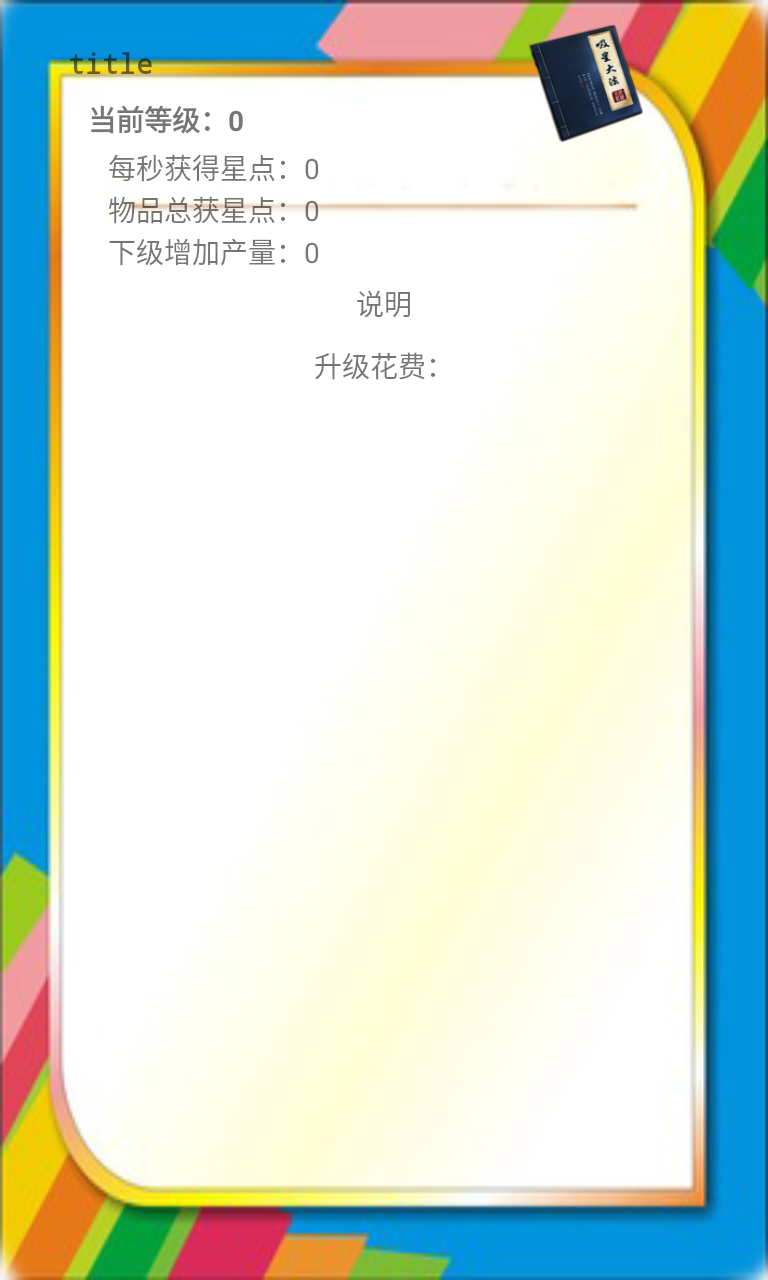
Repository: xianyun2014/StarPoint
Layout: game/res/layout/build_info_view.xml
The author's editor kept a copy of each file at every save. The layout is drawn from the files as they stood at one save, then again after the next save.
It is drawn on a 768 x 1280 px phone screen (xhdpi) without system bars, with theme AppTheme; the app's code is not run.

Above is the layout before, as saved 2014-11-17 17:14:14.

### game/res/layout/build_info_view.xml
<RelativeLayout xmlns:android="http://schemas.android.com/apk/res/android"
    xmlns:android1="http://schemas.android.com/apk/res/android"
    android1:id="@+id/build_info"
    android1:layout_width="wrap_content"
    android1:layout_height="wrap_content"
    android1:layout_alignParentLeft="true"
    android1:layout_alignParentTop="true"
    android1:layout_alignParentBottom="true"
    android1:layout_alignParentRight="true"
    android1:layout_marginTop="60dp"
    android1:layout_marginRight="10dp"
    android1:layout_marginLeft="10dp"
    android1:layout_marginBottom="150dp">

    <ImageView
        android1:id="@+id/imageView1"
        android1:layout_width="fill_parent"
        android1:layout_height="fill_parent"
        android1:layout_alignParentBottom="true"
        android1:layout_alignParentLeft="true"
        android1:layout_alignParentTop="true"
        android1:scaleType="fitXY"
        android1:src="@drawable/info_build" />

    <TextView
        android1:id="@+id/build_title"
        android1:layout_width="wrap_content"
        android1:layout_height="wrap_content"
        android1:layout_alignParentLeft="true"
        android1:layout_alignParentTop="true"
        android1:layout_below="@layout/build_info_view"
        android1:layout_marginLeft="34dp"
        android1:layout_marginTop="22dp"
        android1:text="title"
        android1:textStyle="bold"
        android1:typeface="monospace" />

    <TableLayout
        android1:id="@+id/TableLayout1"
        android1:layout_width="wrap_content"
        android1:layout_height="wrap_content"
        android1:layout_alignLeft="@+id/build_title"
        android1:layout_below="@+id/textcurlevel"
        android1:layout_marginLeft="20dp"
        android1:layout_marginTop="3dp" >

        <TableRow
            android1:id="@+id/tableRow1"
            android1:layout_width="wrap_content"
            android1:layout_height="wrap_content" >

            <TextView
                android1:id="@+id/textView1"
                android1:layout_width="wrap_content"
                android1:layout_height="wrap_content"
                android1:text="每秒获得星点：" />

            <TextView
                android1:id="@+id/txt_yield_sec"
                android1:layout_width="wrap_content"
                android1:layout_height="wrap_content"
                android1:text="0" />

        </TableRow>

        <TableRow
            android1:id="@+id/tableRow2"
            android1:layout_width="wrap_content"
            android1:layout_height="wrap_content" >

            <TextView
                android1:id="@+id/textView3"
                android1:layout_width="wrap_content"
                android1:layout_height="wrap_content"
                android1:text="物品总获星点：" />

            <TextView
                android1:id="@+id/txt_yield_total"
                android1:layout_width="wrap_content"
                android1:layout_height="wrap_content"
                android1:text="0" />

        </TableRow>

        <TableRow
            android1:id="@+id/tableRow3"
            android1:layout_width="wrap_content"
            android1:layout_height="wrap_content" >

            <TextView
                android1:id="@+id/textView5"
                android1:layout_width="wrap_content"
                android1:layout_height="wrap_content"
                android1:text="下级增加产量：" />

            <TextView
                android1:id="@+id/txt_next_add"
                android1:layout_width="wrap_content"
                android1:layout_height="wrap_content"
                android1:text="0" />
        </TableRow>
    </TableLayout>

    <TextView
        android1:id="@+id/textcurlevel"
        android1:layout_width="wrap_content"
        android1:layout_height="wrap_content"
        android1:layout_alignLeft="@id/build_title"
        android1:layout_below="@+id/build_title"
        android1:layout_marginLeft="10dp"
        android1:layout_marginTop="8dp"
        android1:text="当前等级："
        android1:textStyle="bold" />

    <TextView
        android1:id="@+id/txt_Level"
        android1:layout_width="wrap_content"
        android1:layout_height="wrap_content"
        android1:layout_alignBaseline="@+id/textcurlevel"
        android1:layout_alignBottom="@+id/textcurlevel"
        android1:layout_toRightOf="@+id/textcurlevel"
        android1:text="0"
        android1:textStyle="bold" />

    <TextView
        android1:id="@+id/txt_info"
        android1:layout_width="wrap_content"
        android1:layout_height="wrap_content"
        android1:layout_below="@+id/TableLayout1"
        android1:layout_centerHorizontal="true"
        android1:layout_marginTop="5dp"
        android1:text="说明" />

    <ImageView
        android1:id="@+id/imageView2"
        android1:layout_width="60dp"
        android1:layout_height="60dp"
        android1:layout_alignRight="@+id/imageView1"
        android1:layout_alignTop="@+id/imageView1"
        android1:layout_marginRight="61dp"
        android1:layout_marginTop="11dp"
        android1:scaleType="fitXY"
        android1:src="@drawable/jz_xzdf" />

    <TextView
        android1:id="@+id/txt_cost"
        android1:layout_width="wrap_content"
        android1:layout_height="wrap_content"
        android1:layout_below="@+id/txt_info"
        android1:layout_centerHorizontal="true"
        android1:layout_marginTop="10dp"
        android1:text="升级花费：" />

</RelativeLayout>

Loaded but not shown: game/res/values/styles.xml (common file); game/res/values-v11/styles.xml (common file); game/res/values-v14/styles.xml (common file)

After the next save:
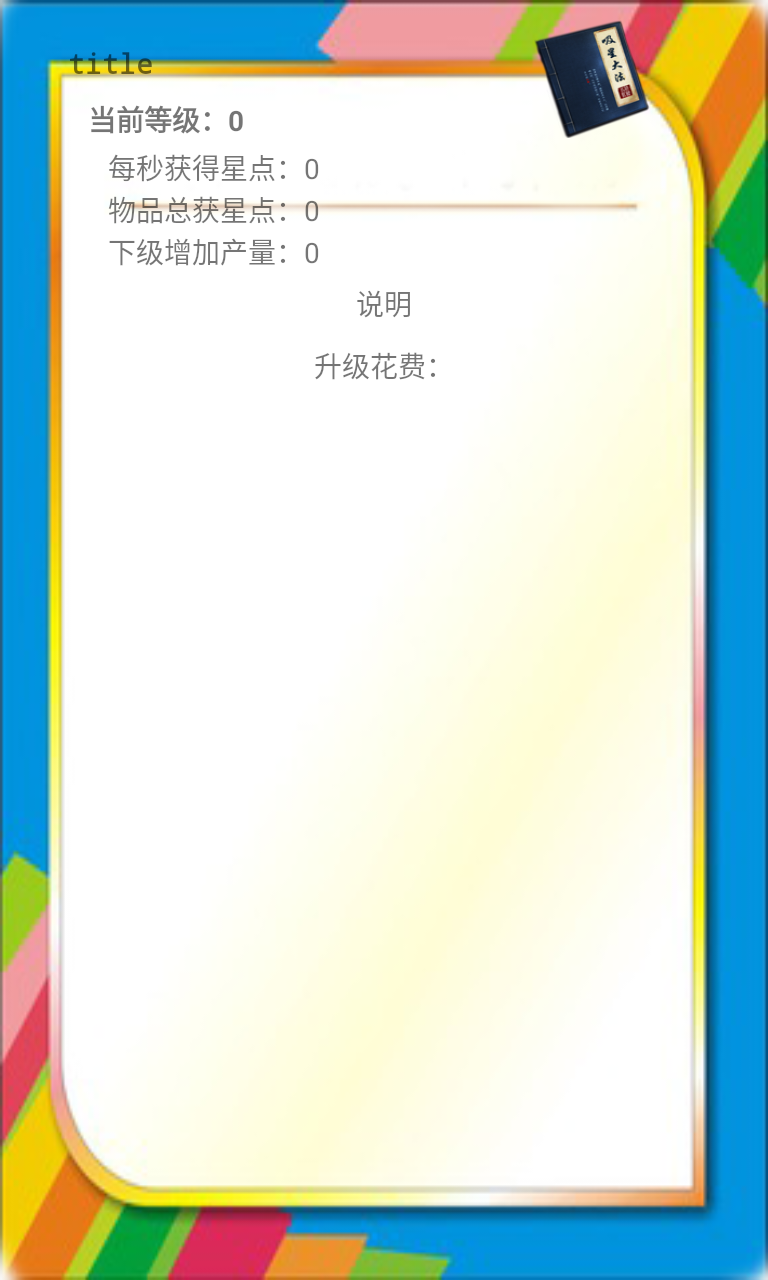
Saved 16 s later.
--- a/game/res/layout/build_info_view.xml
+++ b/game/res/layout/build_info_view.xml
@@ -137,8 +137,8 @@
         android1:layout_height="60dp"
         android1:layout_alignRight="@+id/imageView1"
         android1:layout_alignTop="@+id/imageView1"
-        android1:layout_marginRight="61dp"
-        android1:layout_marginTop="11dp"
+        android1:layout_marginRight="58dp"
+        android1:layout_marginTop="9dp"
         android1:scaleType="fitXY"
         android1:src="@drawable/jz_xzdf" />
 
